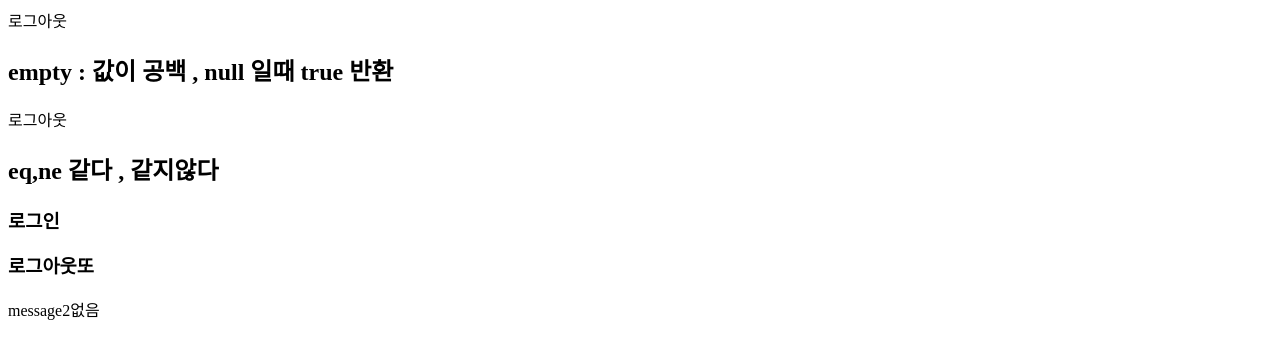
Repository: mvcfvsgdj/javaee
Page: http://localhost/ELprj0908/jstl4
These files come from the project's save history. The page is drawn as it stood at one moment and after the next save; the edit follows.
The browser window is 1280 px wide. The pictures show the whole page.
The page is served by Tomcat 9.

Above is the page before, as saved 2023-09-08 03:16:06.

After the next save:
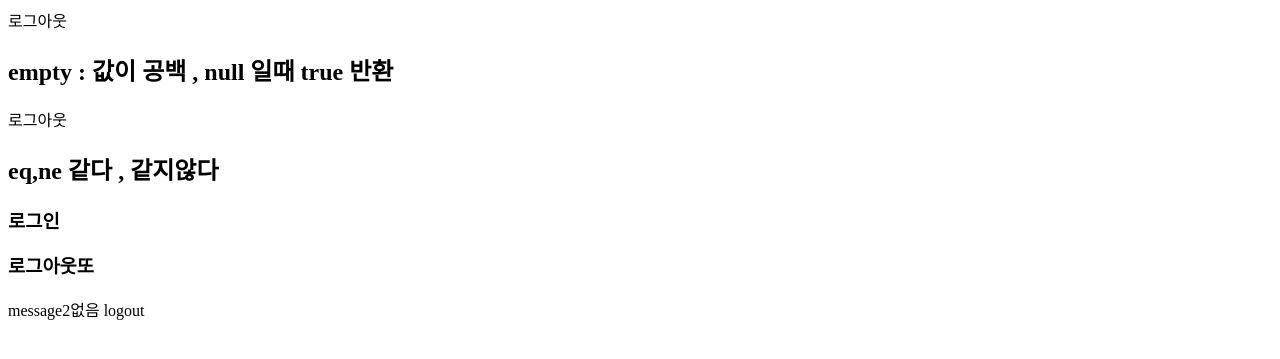
Saved 9 s later.
--- a/ELprj0908/src/main/webapp/WEB-INF/views/jstl4.jsp
+++ b/ELprj0908/src/main/webapp/WEB-INF/views/jstl4.jsp
@@ -39,6 +39,7 @@ message없음
 message2없음
 </c:if>
 <c:set var="loginOut" value="${empty id ? 'login': 'logout' }"/>
+${loginOut }
 
 </body>
 </html>
